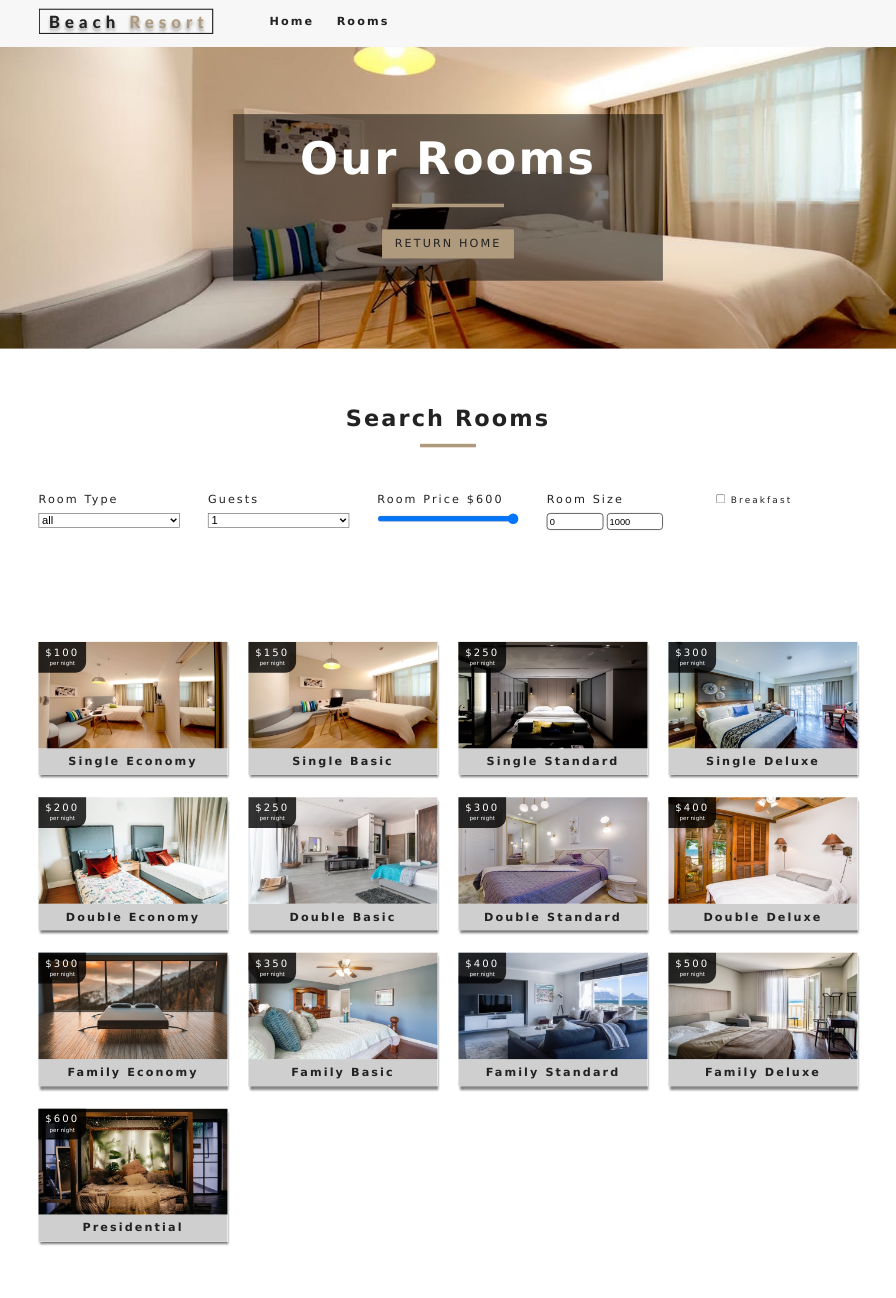
Repository: thanhn379/react-beach-resort
Page: /rooms
An editor plug-in stored every save of this project. The page is shown before and after the next save, followed by the edit.
The browser window is 1280 px wide. The pictures show the whole page, at 70% of full size.
The project was rebuilt for these pictures with package versions that can differ from the ones it lists, and the page was loaded fresh each time. Also part of the build but not shown: src/components/Services.js, src/components/FeaturedRooms.js, src/pages/Home.js, src/components/StyledHero.js, src/pages/SingleRoom.js, src/pages/Error.js.

Above is the page before, as saved 2019-11-19 15:04:06.

### public/index.html
<!DOCTYPE html>
<html lang="en">
  <head>
    <meta charset="utf-8" />
    <link rel="icon" href="%PUBLIC_URL%/favicon.ico" />
    <meta name="viewport" content="width=device-width, initial-scale=1" />
    <meta name="theme-color" content="#000000" />
    <meta
      name="description"
      content="Web site created using create-react-app"
    />
    <link rel="apple-touch-icon" href="logo192.png" />
    <!--
      manifest.json provides metadata used when your web app is installed on a
      user's mobile device or desktop. See https://developers.google.com/web/fundamentals/web-app-manifest/
    -->
    <link rel="manifest" href="%PUBLIC_URL%/manifest.json" />
    <!--
      Notice the use of %PUBLIC_URL% in the tags above.
      It will be replaced with the URL of the `public` folder during the build.
      Only files inside the `public` folder can be referenced from the HTML.

      Unlike "/favicon.ico" or "favicon.ico", "%PUBLIC_URL%/favicon.ico" will
      work correctly both with client-side routing and a non-root public URL.
      Learn how to configure a non-root public URL by running `npm run build`.
    -->
    <title>Resort recording</title>
  </head>
  <body>
    <noscript>You need to enable JavaScript to run this app.</noscript>
    <div id="root"></div>
    <!--
      This HTML file is a template.
      If you open it directly in the browser, you will see an empty page.

      You can add webfonts, meta tags, or analytics to this file.
      The build step will place the bundled scripts into the <body> tag.

      To begin the development, run `npm start` or `yarn start`.
      To create a production bundle, use `npm run build` or `yarn build`.
    -->
  </body>
</html>

### src/index.js
import React from "react";
import ReactDOM from "react-dom";
import { BrowserRouter as Router } from "react-router-dom";
// import './index.css';
import App from "./App";
import * as serviceWorker from "./serviceWorker";
import { RoomProvider } from "./context";

ReactDOM.render(
  <RoomProvider>
    <Router>
      <App />
    </Router>
  </RoomProvider>,
  document.getElementById("root")
);

// If you want your app to work offline and load faster, you can change
// unregister() to register() below. Note this comes with some pitfalls.
// Learn more about service workers: https://bit.ly/CRA-PWA
serviceWorker.unregister();

### src/App.js
import React from "react";
import "./App.css";

import NavBar from "./components/NavBar";

import Home from "./pages/Home";
import Rooms from "./pages/Rooms";
import SingleRoom from "./pages/SingleRoom";
import Error from "./pages/Error";

import { Route, Switch } from "react-router-dom";

function App() {
  return (
    <>
      <NavBar />
      <Switch>
        <Route exact path="/" component={Home} />
        <Route exact path="/rooms/" component={Rooms} />
        <Route exact path="/rooms/:slug/" component={SingleRoom} />
        <Route component={Error} />
      </Switch>
    </>
  );
}

export default App;

### src/context.js
import React, { Component } from "react";
import items from "./data";

const RoomContext = React.createContext();

class RoomProvider extends Component {
  state = {
    rooms: [],
    sortedRooms: [],
    featuredRooms: [],
    loading: true,
    type: "all",
    capacity: 1,
    price: 0,
    minPrice: 0,
    maxPrice: 0,
    minSize: 0,
    maxSize: 0,
    breakfast: false,
    pets: false
  };

  //getData

  componentDidMount() {
    // this.getData
    let rooms = this.formatData(items);
    let featuredRooms = rooms.filter(room => room.featured === true);

    let maxPrice = Math.max(...rooms.map(item => item.price));
    let maxSize = Math.max(...rooms.map(item => item.size));

    this.setState({
      rooms,
      featuredRooms,
      sortedRooms: rooms,
      loading: false,
      price: maxPrice,
      maxPrice,
      maxSize
    });
  }

  formatData(items) {
    let tempItems = items.map(item => {
      let id = item.sys.id;
      let images = item.fields.images.map(image => image.fields.file.url);

      let room = { ...item.fields, images, id };

      return room;
    });

    return tempItems;
  }

  getRoom = slug => {
    let tempRooms = [...this.state.rooms];
    const room = tempRooms.find(room => room.slug === slug);
    return room;
  };

  handleChange = event => {
    let target = event.target;
    let value = target.type === "checkbox" ? target.checked : target.value;
    let name = target.name;

    this.setState({ [name]: value }, this.filterRooms);
  };

  filterRooms = () => {
    let {
      rooms,
      type,
      capacity,
      price,
      minSize,
      maxSize,
      breakfast,
      pets
    } = this.state;

    let tempRooms = [...rooms];

    // transform value
    capacity = parseInt(capacity);
    price = parseInt(price);

    // filter by types
    if (type !== "all") {
      tempRooms = tempRooms.filter(room => room.type === type);
    }

    // filter by capacity
    if (capacity !== 1) {
      tempRooms = tempRooms.filter(room => room.capacity >= capacity);
    }

    // filter by price
    tempRooms = tempRooms.filter(room => room.price <= price);

    // filter by size
    tempRooms = tempRooms.filter(
      room => room.size >= minSize && room.size <= maxSize
    );

    // filter by breakfast
    if (breakfast) {
      tempRooms = tempRooms.filter(room => room.breakfast === true);
    }

    // filter by pets
    if (pets) {
      tempRooms = tempRooms.filter(room => room.pets === true);
    }

    this.setState({ sortedRooms: tempRooms });
  };

  render() {
    return (
      <RoomContext.Provider
        value={{
          ...this.state,
          getRoom: this.getRoom,
          handleChange: this.handleChange
        }}
      >
        {this.props.children}
      </RoomContext.Provider>
    );
  }
}

const RoomConsumer = RoomContext.Consumer;

export function withRoomConsumer(Component) {
  return function consumerWrapper(props) {
    return (
      <RoomConsumer>
        {value => <Component {...props} context={value} />}
      </RoomConsumer>
    );
  };
}

export { RoomProvider, RoomConsumer, RoomContext };

### src/components/NavBar.js
import React, { Component } from "react";
import Logo from "../images/logo.svg";
import { FaAlignRight } from "react-icons/fa";
import { Link } from "react-router-dom";

export default class NavBar extends Component {
  state = {
    isOpen: false
  };
  handleToggle = () => {
    this.setState({ isOpen: !this.state.isOpen });
  };
  render() {
    return (
      <nav className="navbar">
        <div className="nav-center">
          <div className="nav-header">
            <Link to="/">
              <img src={Logo} alt="Beach Resort" />
            </Link>
            <button
              type="button"
              className="nav-btn"
              onClick={this.handleToggle}
            >
              <FaAlignRight className="nav-icon" />
            </button>
          </div>
          <ul
            className={this.state.isOpen ? "nav-links show-nav" : "nav-links"}
          >
            <li>
              <Link to="/">Home</Link>
            </li>
            <li>
              <Link to="/rooms">Rooms</Link>
            </li>
          </ul>
        </div>
      </nav>
    );
  }
}

### src/pages/Rooms.js
import React from "react";
import Hero from "../components/Hero";
import Banner from "../components/Banner";
import { Link } from "react-router-dom";
import RoomContainer from "../components/RoomContainer";

const Rooms = () => {
  return (
    <>
      <Hero hero="roomsHero">
        <Banner title="our rooms">
          <Link to="/" className="btn-primary">
            return home
          </Link>
        </Banner>
      </Hero>

      <RoomContainer />
    </>
  );
};

export default Rooms;

### src/components/RoomContainer.js
import React from "react";
import RoomFilter from "./RoomFilter";
import RoomList from "./RoomList";
import { withRoomConsumer } from "../context";
import Loading from "./Loading";

function RoomContainer({ context }) {
  const { loading, sortedRooms, rooms } = context;
  if (loading) {
    return <Loading />;
  }

  return (
    <>
      <RoomFilter rooms={rooms} />
      <RoomList rooms={sortedRooms} />
    </>
  );
}

export default withRoomConsumer(RoomContainer);

// import React from "react";
// import RoomFilter from "./RoomFilter";
// import RoomList from "./RoomList";
// import { RoomConsumer } from "../context";
// import Loading from "./Loading";

// export default function RoomContainer() {
//   return (
//     <RoomConsumer>
//       {value => {
//         const { loading, sortedRooms, rooms } = value;
//         if (loading) {
//           return <Loading />;
//         }

//         return (
//           <div>
//             hello from rooms container
//             <RoomFilter rooms={rooms} />
//             <RoomList rooms={sortedRooms} />
//           </div>
//         );
//       }}
//     </RoomConsumer>
//   );
// }

### src/components/Loading.js
import React from "react";
import loadingGif from "../images/gif/loading-arrow.gif";

export default function Loading() {
  return (
    <div className="loading">
      <h4>rooms data loading ...</h4>
      <img src={loadingGif} alt="" />
    </div>
  );
}

### src/components/Room.js
import React from "react";
import { Link } from "react-router-dom";
import defaultImg from "../images/room-1.jpeg";
import PropTypes from "prop-types";

export default function Room({ room }) {
  let { name, slug, images, price } = room;

  return (
    <article className="room">
      <div className="img-container">
        <img src={images[0] || defaultImg} alt="single room" />
        <div className="price-top">
          <h6>${price}</h6>
          <p>per night</p>
        </div>
        <Link to={`/rooms/${slug}`} className="btn-primary room-link">
          Features
        </Link>
      </div>
      <p className="room-info">{name}</p>
    </article>
  );
}

Room.propTypes = {
  room: PropTypes.shape({
    name: PropTypes.string.isRequired,
    slug: PropTypes.string.isRequired,
    images: PropTypes.arrayOf(PropTypes.string).isRequired,
    price: PropTypes.number.isRequired
  })
};

### src/components/RoomFilter.js
import React from "react";
import { useContext } from "react";
import { RoomContext } from "../context";
import Title from "../components/Title";

const getUnique = (items, value) => {
  return [...new Set(items.map(item => item[value]))];
};

export default function RoomsFilter({ rooms }) {
  const context = useContext(RoomContext);
  const {
    handleChange,
    type,
    capacity,
    price,
    minPrice,
    maxPrice,
    minSize,
    maxSize,
    breakfast,
    pets
  } = context;

  // get unique types
  let types = getUnique(rooms, "type");
  // add all
  types = ["all", ...types];
  // map to jsx
  types = types.map((item, index) => (
    <option key={index} value={item}>
      {item}
    </option>
  ));

  let people = getUnique(rooms, "capacity");
  people = people.map((item, index) => (
    <option key={index} value={item}>
      {item}
    </option>
  ));

  return (
    <section className="filter-container">
      <Title title="search rooms" />
      <form className="filter-form">
        {/* select type */}
        <div className="form-group">
          <label htmlFor="type">room type</label>
          <select
            name="type"
            id="type"
            onChange={handleChange}
            className="form-control"
            value={type}
          >
            {types}
          </select>
        </div>
        {/* end of select type */}
        {/* guests */}
        <div className="form-group">
          <label htmlFor="capacity">guests</label>
          <select
            name="capacity"
            id="capacity"
            onChange={handleChange}
            className="form-control"
            value={capacity}
          >
            {people}
          </select>
        </div>
        {/* end of guests */}
        {/* price */}
        <div className="form-group">
          <label htmlFor="price">room price ${price}</label>
          <input
            type="range"
            name="price"
            id="price"
            min={minPrice}
            max={maxPrice}
            value={price}
            onChange={handleChange}
            className="form-control"
          />
        </div>
        {/* end of room price */}

        {/* size */}
        <div className="form-group">
          <label htmlFor="size">room size</label>
          <div className="size-inputs">
            <input
              type="number"
              name="minSize"
              id="size"
              value={minSize}
              onChange={handleChange}
              className="size-input"
            />
            <input
              type="number"
              name="maxSize"
              id="size"
              value={maxSize}
              onChange={handleChange}
              className="size-input"
            />
          </div>
        </div>
        {/* end of room size */}

        {/* extras */}
        <div className="form-group">
          <div className="single-extra">
            <input
              type="checkbox"
              name="breakfast"
              id="breakfast"
              checked={breakfast}
              onChange={handleChange}
            />
            <label htmlFor="breakfast">breakfast</label>
          </div>
        </div>
        {/* end of extras */}
      </form>
    </section>
  );
}

### src/components/RoomList.js
import React from "react";
import Room from "./Room";

export default function RoomsList({ rooms }) {
  if (rooms.length === 0) {
    return (
      <div className="empty-search">
        <h3>unfortunately no rooms matched search parameters</h3>
      </div>
    );
  }
  return (
    <section className="roomslist">
      <div className="roomslist-center">
        {rooms.map(item => {
          return <Room key={item.id} room={item} />;
        })}
      </div>
    </section>
  );
}

Loaded but not shown: src/serviceWorker.js (common file); src/App.css (common file); src/components/Hero.js (common file); src/components/Banner.js (common file); src/components/Title.js (common file); src/data.js (760 lines, source omitted)

After the next save:
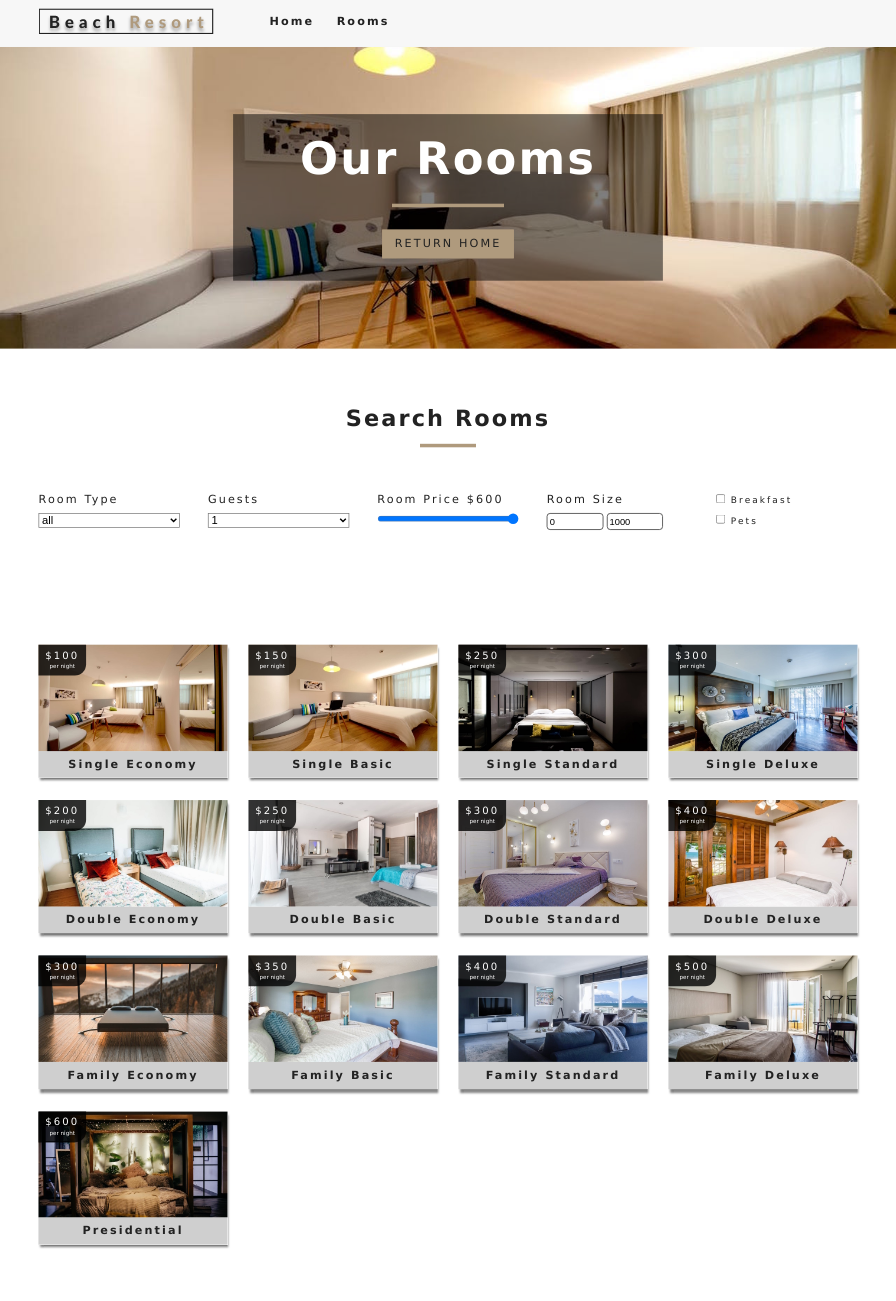
Saved 4 s later.
--- a/src/components/RoomFilter.js
+++ b/src/components/RoomFilter.js
@@ -124,6 +124,16 @@ export default function RoomsFilter({ rooms }) {
             />
             <label htmlFor="breakfast">breakfast</label>
           </div>
+          <div className="single-extra">
+            <input
+              type="checkbox"
+              name="pets"
+              id="pets"
+              checked={pets}
+              onChange={handleChange}
+            />
+            <label htmlFor="pets">pets</label>
+          </div>
         </div>
         {/* end of extras */}
       </form>
